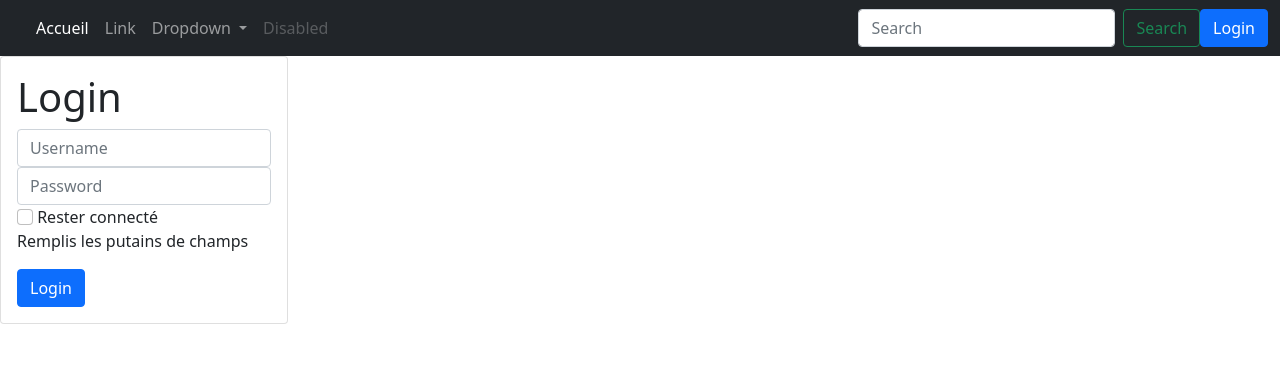
Repository: Mini-T/php-propre
Page: http://localhost/FormLogin.php
The author's editor kept a copy of each file at every save. The page is drawn from the files as they stood at one save, then again after the next save.
The browser window is 1280 px wide. The pictures show the whole page.
The page is run by PHP 8.4 with error messages shown; the project is at /var/www/html/.

Above is the page before, as saved 2021-03-11 01:21:14.

### proj/FormLogin.php
<?php
include("include/header.inc.php");

try {
    $pdo = new PDO("mysql:host=localhost;dbname=réseau", "root", "");

    $pdo->setAttribute(PDO::ATTR_ERRMODE, PDO::ERRMODE_EXCEPTION);
} catch (PDOException $e) {

    echo "Connection failed: " . $e->getMessage();
}

?>

<div class="card out" style="width: 18rem;">
    <div class="card-body in">
        <h1 class="card-title titre">Login</h5>
            <form method="POST" action="#">
                <input type="text" class="form-control champs" name="Username" placeholder="Username">



                <input type="password" class="form-control champs" id="mdp" name="mdp" placeholder="Password">


                <input type="checkbox" class="form-check-input" id="stillConnect" name="stillConnect" value="Rester connecté">
                <label for="stillConnect">Rester connecté</label>

                <br>
                <?php
                try {

                    if (!empty($_POST['Username']) and !empty($_POST['mdp'])) {

                        $SimpleSelect = $pdo->query('SELECT * FROM utilisateur');

                        $postign = $_POST['Username'];
                        $safepostign = addslashes($postign);
                        $postmdp = $_POST['mdp'];
                        $safepostmdp = addslashes($postmdp);
                        $cryptmdp = md5($safepostmdp);


                        $logindetection = $pdo->query("SELECT ign, mdp FROM utilisateur WHERE ign = '$safepostign' AND mdp = '$cryptmdp'");
                        $fetchassocshowLOGIN = $logindetection->fetch(PDO::FETCH_ASSOC);
                        if ($fetchassocshowLOGIN['mdp'] == true) {
                            if (!isset($_SESSION)) {
                                session_start();
                            }
                            $_SESSION['username'] = $_POST['Username'];
                            header('Location:Accueil.php');
                        } else {
                            echo "Mauvais mot de passe ou Username";
                        }
                        if (isset($_POST['stillConnect'])) {
                            setcookie('memory', $_POST['Username'], time() + 31536000);
                        }
                    } else {
                        ?> <p class="message">Remplis les putains de champs</p> <?php } } catch(ErrorException $e){
                            echo "erreur"; } ?>
<div class="stick">
    <button type="submit" class="btn btn-primary login" name="register">Login</button>
</div>
</form>
</div>
</div>


<?php include("include/footer.inc.php"); ?>

### proj/include/header.inc.php
<!DOCTYPE html>
<html lang="en">

<head>
    <meta charset="UTF-8">
    <meta http-equiv="X-UA-Compatible" content="IE=edge">
    <meta name="viewport" content="width=device-width, initial-scale=1.0">
    <title>Document</title>
    <script src="vendors/js/bootstrap.js"></script>
    <link rel="stylesheet" href="vendors/css/bootstrap.css">
    <link rel="custom" href="/additional-css/FormRegister.css">


    <?php
    require_once 'init/pdo.init.php';
    require_once 'function.php';
    if (isset($_COOKIE['memory'])) {
        if(!isset($_SESSION)){
            session_start();
            $_SESSION['username'] = $_COOKIE['memory'];
            $thatuser = $_SESSION['username'];
            setcookie('memory', $thatuser, time() + 31536000);
        }
    }
    ?>
</head>

<body>

    <nav class="navbar navbar-expand-lg navbar-dark bg-dark">
        <div class="container-fluid">
            <a class="navbar-brand" href="#">
                <?php if (isset($_SESSION['username'])) { ?>
                    <h6 id="navign"> <?php echo $_SESSION['username'] ?></h6>
                <?php } ?>
            </a>
            <button class="navbar-toggler" type="button" data-bs-toggle="collapse" data-bs-target="#navbarSupportedContent" aria-controls="navbarSupportedContent" aria-expanded="false" aria-label="Toggle navigation">
                <span class="navbar-toggler-icon"></span>
            </button>
            <div class="collapse navbar-collapse" id="navbarSupportedContent">
                <ul class="navbar-nav me-auto mb-2 mb-lg-0">
                    <li class="nav-item">
                        <a class="nav-link active" aria-current="page" href="./Accueil.php">Accueil</a>
                    </li>
                    <li class="nav-item">
                        <a class="nav-link" href="#">Link</a>
                    </li>
                    <li class="nav-item dropdown">
                        <a class="nav-link dropdown-toggle" href="#" id="navbarDropdown" role="button" data-bs-toggle="dropdown" aria-expanded="false">
                            Dropdown
                        </a>
                        <ul class="dropdown-menu" aria-labelledby="navbarDropdown">
                            <li><a class="dropdown-item" href="#">Action</a></li>
                            <li><a class="dropdown-item" href="#">Another action</a></li>
                            <li>
                                <hr class="dropdown-divider">
                            </li>
                            <li><a class="dropdown-item" href="#">Something else here</a></li>
                        </ul>
                    </li>
                    <li class="nav-item">
                        <a class="nav-link disabled" href="#" tabindex="-1" aria-disabled="true">Disabled</a>
                    </li>
                </ul>


                <form class="d-flex">
                    <input class="form-control me-2" type="search" placeholder="Search" aria-label="Search">
                    <button class="btn btn-outline-success" type="submit">Search</button>
                    <?php if(isset($_SESSION['Username'])){ ?>
                        <button class="btn btn-primary Logout">Logout</button>
                     <?php } else{ ?>
                        <button  class="btn btn-primary Login">Login</button>
                     <?php } ?>
                </form>
            </div>
        </div>
    </nav>
    <div class="main">

### proj/include/init/pdo.init.php
<?php try {
    $pdo = new PDO("mysql:host=localhost;dbname=réseau", "root", "");

    $pdo->setAttribute(PDO::ATTR_ERRMODE, PDO::ERRMODE_EXCEPTION);
} catch (PDOException $e) {

    echo "Connection failed: " . $e->getMessage();
}
?>

### proj/include/function.php
<?php
function InputCompletionCheck($a, $b, $c, $a1, $b1, $c1) {
   if (empty($a)) {

    echo "veuillez rentrer votre $a1";

} elseif (empty($b)) {

    echo "veuillez rentrer votre $b1 ça sert des fois";

} elseif (empty($c)) {

    echo "veuillez définir votre $c1 c'est important en vrai";

}
} ?>

Loaded but not shown: proj/include/footer.inc.php (common file); proj/vendors/js/bootstrap.js (library); proj/vendors/css/bootstrap.css (library)

After the next save:
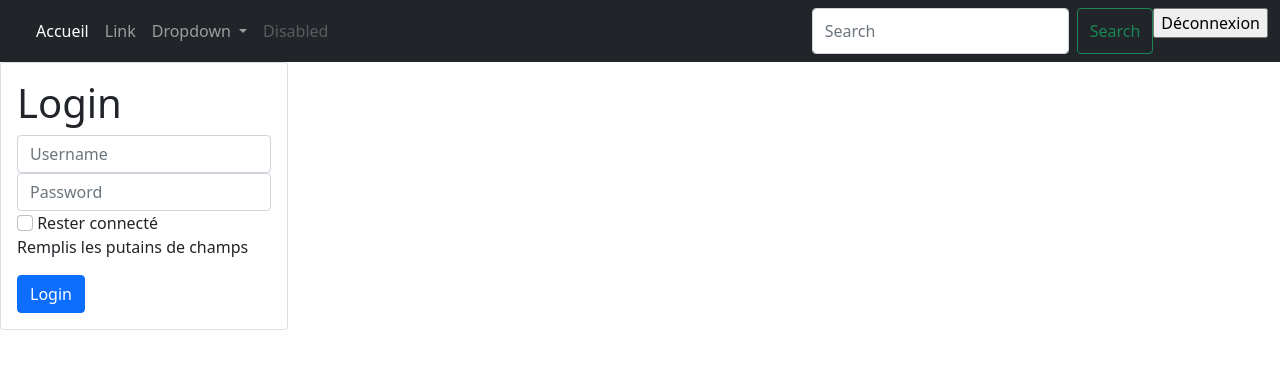
Saved 2 min 6 s later.
--- a/proj/include/header.inc.php
+++ b/proj/include/header.inc.php
@@ -70,7 +70,9 @@
                     <?php if(isset($_SESSION['Username'])){ ?>
                         <button class="btn btn-primary Logout">Logout</button>
                      <?php } else{ ?>
-                        <button  class="btn btn-primary Login">Login</button>
+                        <form action="deconnexion.php" method="post">
+    <p><input type="submit" value="Déconnexion" /></p>
+</form>
                      <?php } ?>
                 </form>
             </div>
